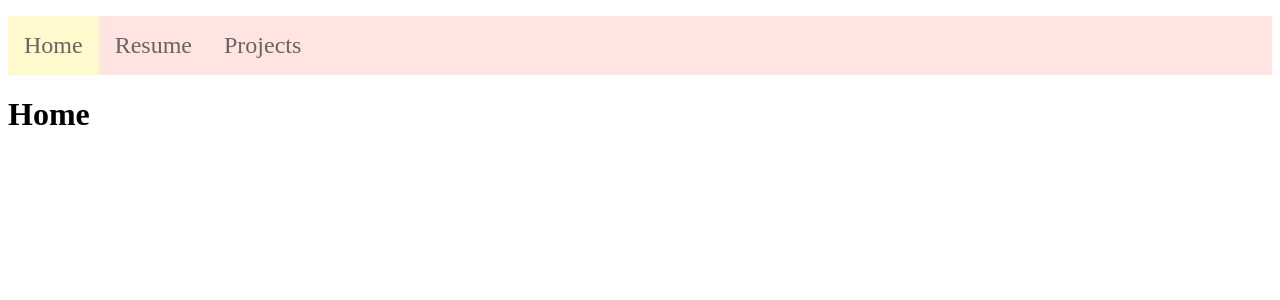
Repository: GiangNguyen2805/GiangNguyen2805.github.io
Page: index.html
The author's editor kept a record of every edit. The page is drawn from the files as they stood at one moment, then again after the next edit.
The browser window is 1280 px wide. The pictures show the whole page.

Above is the page before.

### index.html
<!DOCTYPE html>
<html>
<head>
<title>Page Title</title>
<link rel="stylesheet" type="text/css" href="style.css">
<link rel="contactme" type="contactme" href="contact me.html">
<link rel="aboutme" type="aboutme" href="aboutme.html">
<link rel="all" type="all" href="all.html">

</head>
<body>

<ul class="navbar">
<li class="active"><a href="/index.html">Home</a></li>
<li ><a href="resume.html">Resume</a></li>
<li class="dropdown">
    <div>Projects</div>
    <ul class="dropdown-content">
        <li><a href="a">Project 1</a></li>
        <li><a href="a">Project 2</a></li>
        <li><a href="a">Project 3</a></li>

    </ul>
</ul>

    <h1>Home</h1>


</li>
</body>
</html>

### style.css
.navbar{
        list-style: none;
        background-color: mistyrose;
        overflow: hidden;
        padding: 0;
    }
    .navbar a, .dropdown div{
        text-decoration: none;
        color: #6B6363 ;
        font-size: 24px;
        padding: 16px;
        display: inline-block;
    }
   .navbar li{
       float: left;
   }
   .navbar li:hover{
       background-color: lightsalmon;
   }
   .dropdown-content{
       list-style: none;
       padding: 0;
       display: none;
       position: absolute;
       z-index: 1;
       background-color: darkgoldenrod
   }
   .dropdown-content li{
       float: none;
   }
   .dropdown:hover .dropdown-content{
       display: block;
   }
   .active{
       background-color: lemonchiffon;
   }

After the next edit:
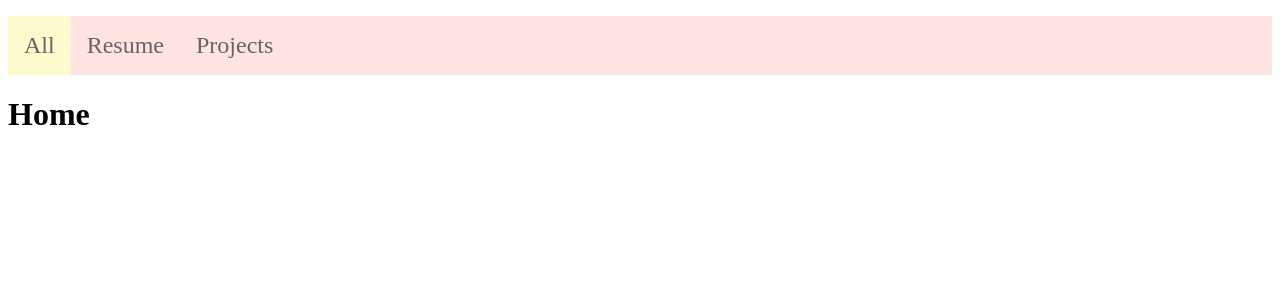
The edit:
--- a/index.html
+++ b/index.html
@@ -11,7 +11,7 @@
 <body>
 
 <ul class="navbar">
-<li class="active"><a href="/index.html">Home</a></li>
+<li class="active"><a href="/index.html">All</a></li>
 <li ><a href="resume.html">Resume</a></li>
 <li class="dropdown">
     <div>Projects</div>
